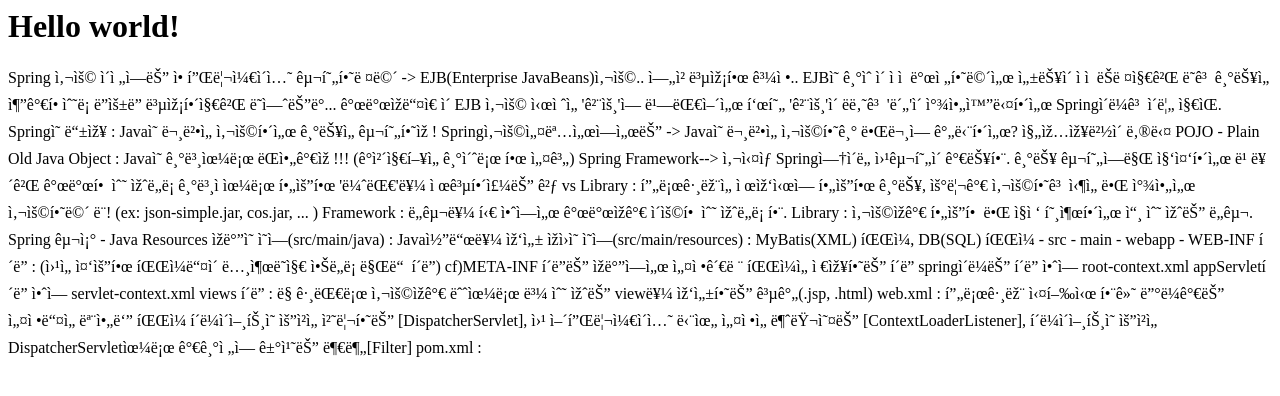
Repository: moondolph/SKKU_IT_Education
Page: http://localhost/Sep29_1_SpringMVC/
An editor plug-in stored every save of this project. The page is shown before and after the next save, followed by the edit.
The browser window is 1280 px wide. The pictures show the whole page.
The page is served by Tomcat 9. Other server files are loaded and not shown.

Above is the page before, as saved 2022-09-29 02:49:24.

### Sep29_1_SpringMVC/src/main/webapp/WEB-INF/views/home.jsp
<%@ taglib uri="http://java.sun.com/jsp/jstl/core" prefix="c" %>
<%@ page session="false" %>
<html>
<head>
	<title>Home</title>
</head>
<body>
<h1>
	Hello world!
</h1>

	Spring 사용 이전에는
	애플리케이션 구현하려면 -> EJB(Enterprise JavaBeans)사용.. 엄청 복잡한 과정..
	EJB의 기술이 점점 발전하면서 성능이 점점 느려지게 되고 기능을 추가할수록 더욱더 복잡해지게 되었는데...
	개발자들은 이 EJB 사용 시절을 '겨울'에 빗대어서 표현
	'겨울'이 끝나고 '봄'이 찾아왔다해서 Spring이라고 이름 지음.

	Spring의 등장 : Java의 문법을 사용해서 기능을 구현하자 !
	Spring사용설명서에서는 -> Java의 문법을 사용하기 때문에 간단해서? 진입장벽이 낮다
	POJO - Plain Old Java Object : Java의 기본으로 돌아가자 !!!
	(객체지향을 기초로 한 설계)

	Spring Framework-->
	사실상 Spring없이도 웹구현이 가능함.
	기능 구현에만 집중해서 빠르게 개발할 수 있도록
	기본적으로 필요한 '뼈대'를 제공해주는 것

	vs Library : 프로그램을 제작시에 필요한 기능,
		우리가 사용하고 싶을 때 찾아서 사용하면 됨!
		(ex: json-simple.jar, cos.jar, ... )
	Framework : 도구를 틀 안에서 개발자가 이용할 수 있도록 함.
	Library : 사용자가 필요할 때 직접 호출해서 쓸 수 있는 도구.

	Spring 구조

	- Java Resources
		자바의 영역(src/main/java)		 	: Java코드를 작성
		자원의 영역(src/main/resources)    : MyBatis(XML) 파일, DB(SQL) 파일
	- src - main - webapp - WEB-INF 폴더 :
		(웹을 중요한 파일들이 노출되지 않도록 만든 폴더)
		cf)META-INF 폴더는 자바에서 설정관련 파일을 저장하는 폴더

		spring이라는 폴더 안에 root-context.xml
			appServlet폴더 안에 servlet-context.xml

			views 폴더 : 말 그대로 사용자가 눈으로 볼 수 있는 view를 작성하는 공간(.jsp, .html)

			web.xml : 프로그램 실행시 함께 따라가는 설정들을 모아둔 파일
				 클라이언트의 요청을 처리하는 [DispatcherServlet],
				 웹 어플리케이션 단위 설정을 불러오는 [ContextLoaderListener],
				 클라이언트의 요청을 DispatcherServlet으로 가기전에 거치는 부분[Filter]

			pom.xml	:

</body>
</html>

After the next save:
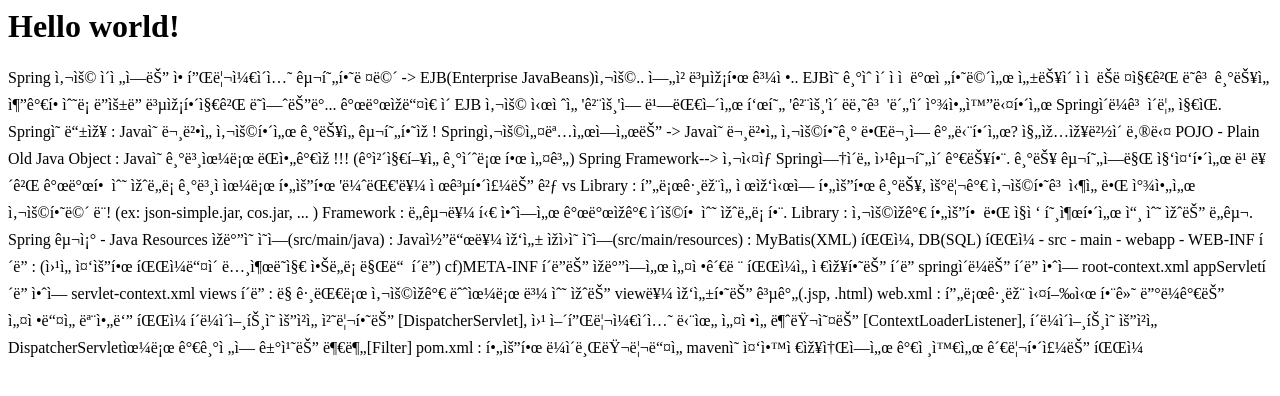
Saved 68 s later.
--- a/Sep29_1_SpringMVC/src/main/webapp/WEB-INF/views/home.jsp
+++ b/Sep29_1_SpringMVC/src/main/webapp/WEB-INF/views/home.jsp
@@ -50,7 +50,7 @@
 				 웹 어플리케이션 단위 설정을 불러오는 [ContextLoaderListener],
 				 클라이언트의 요청을 DispatcherServlet으로 가기전에 거치는 부분[Filter]
 
-			pom.xml	:
+			pom.xml	: 필요한 라이브러리들을 maven의 중앙저장소에서 가져와서 관리해주는 파일
 
 </body>
 </html>
